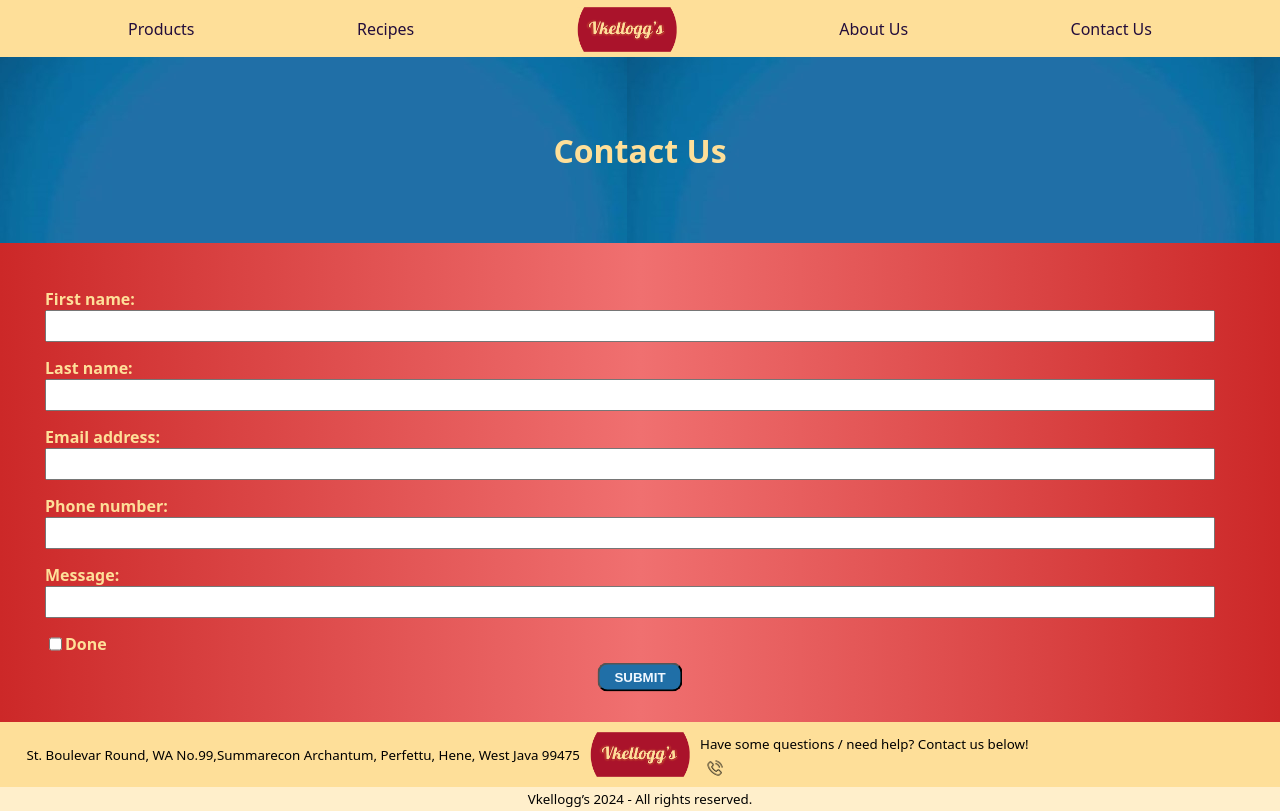
Repository: sugralld/VKelloggs
Page: Code and Assets/html/contactus.html
These files come from the project's save history. The page is drawn as it stood at one moment and after a run of saves; the edit follows.
The browser window is 1280 px wide. The pictures show the whole page.
The pointer rests on the first visible `.button-container button`.

Above is the page before, as saved 2024-12-04 06:55:07.

### Code and Assets/html/contactus.html
<!DOCTYPE html>
<html lang="en">
<head>
    <meta charset="UTF-8">
    <meta name="viewport" content="width=device-width, initial-scale=1.0">
    <title>Contact Us | Vkellogg's</title>
    <link rel="stylesheet" href="../css/headerfooternavbar.css">
    <link rel="stylesheet" href="../css/contactus.css">
</head>
<body>
    <!-- header navigation -->
    <header>
        <nav>
            <div class="navbar-menu">
                <div><a class="navbar-link1" href="../html/products.html">Products</a></div>
                <div><a class="navbar-link2" href="../html/recipes.html">Recipes</a></div>
                <div class="navbar-link3"><a href="../html/homepage.html"><img src="../asset/Screenshot 2024-05-30 105858.png" width="100" height="45" alt=""></a></div>
                <div><a class="navbar-link4" href="../html/aboutus.html">About Us</a></div>
                <div><a class="navbar-link5" href="../html/contactus.html">Contact Us</a></div>
            </div>
        </nav>
    </header>

    <!-- Header Contact Us -->
    <div class="header">
        <h1>Contact Us</h1>
    </div>

    <!-- Form Contact Us -->
     <div class="form">
        <form action="" method = "post">
            <div class="formformat">
                <label for="firstname">First name: </label>
                <input type="text" name="firstname" id="firstname">
                <br>

                <label for="lastname">Last name: </label>
                <input type="text" name="lastname" id="lastname">
                <br>

                <label for="email">Email address: </label>
                <input type="text" name="email" id="email">
                <br>

                <label for="phonenum">Phone number: </label>
                <input type="text" name="phonenum" id="phonenum">
                <br>

                <label for="message">Message: </label>
                <input type="text" name="message" id="message">
                <br>

            </div>
            <div class="checkbox-container">
                <input type="checkbox" name="agreement" id="agreement">
                <label for="agreement">Done</label>
            </div>
            <br>
            <div class="button-container">
                <button type="button" onclick="validateData()">SUBMIT</button>
            </div>
        </form>
        <script src="../js/contactus.js"></script>
     </div>

     <!-- Footer -->
    <footer class="footer">
        <div class="upperfooter">
            <div class="footert1"><p>St. Boulevar Round, WA No.99,Summarecon Archantum, Perfettu, Hene, West Java 99475</p></div>
            <div class="footert2"><img src="../asset/Screenshot 2024-05-30 105858.png" width="100" height="45" alt=""></div>
            <div class="footert3">
                <p class="footert4">Have some questions / need help? Contact us below!</p>
                <a href="../html/contactus.html"><img src="../asset/image-removebg-preview (27).png" width="30" height="auto" alt=""></a>
            </div>
        </div>
        <div class="lowerfooter">
            <p class="textlowerfooter">Vkellogg’s 2024  -  All rights reserved.
            </p>
        </div>
     </footer>

</body>
</html>

### Code and Assets/css/headerfooternavbar.css
body {
    margin: 0;
    font-family: system-ui;
}

.navbar-menu{
    display: flex;
    justify-content: space-between;
    align-items: center;
    padding: 0px 10%;
    background-color: #FEDF99;
}

a:hover{
    background-color: #F5F5F5;
    border-radius: 30px;
    color: #CC2828;
}

.navbar-link1,.navbar-link2,.navbar-link4,.navbar-link5{
    font-family: system-ui;
    font-weight: 500;
    text-decoration: none;
    color: #230D3B;
}

.navbar-link3{
    display: block;
    margin-top: 0.7%;
    margin-bottom: 0px;
}

.footer{
    position: bot;
}

.upperfooter{
    display: flex;
    background-color: #FEDF99;
    justify-content: center;
    align-items: center;
}

.footert1,.footert3{
    padding: 0px 10px;
    display: block;
    width: 1200px;
    font-size: smaller;
}

.footert1{
    text-align: right;
}

.footert3{
    text-align: left;
}

.footert2{
    margin-top: 4px;
}

.lowerfooter{
    background-color: #FFEFCB;
    padding: 0;
    margin: 0px;
}

.textlowerfooter{
    margin: 0;
    padding: 3px;
    font-size: smaller;
    text-align: center;
}

.footert4{
    margin-bottom: 0;
}

### Code and Assets/css/contactus.css
.header{
    background-image: url(../asset/copydesktop-wallpaper-kellogg-s-frosted-flakes-breakfast-cereal-original-33-5-oz-box.jpg);
    display: block;
    padding: 50px;
    text-align: center;
    color: #FEDF99;
}

.form{
    margin: 0 auto;
    background: linear-gradient(0.25turn,#CC2828,#F07070,#CC2828);
    padding: 45px;
    font-weight: bold;
    color: #FEDF99;
}

.formformat label{
    display: block;
}

.formformat input[type="text"]{
    width: calc(100% - 20px);
    max-width: 100%;
    margin: 0 auto 15px;
    padding: 5px;
    box-sizing: border-box;
    font-family: Arial, sans-serif;
    font-size: 16px;
}

.checkbox-container{
    display: flex;
}

.button-container{
   text-align: centers;
   position: absolute;
   left: 50%;
   transform: translate(-50%, -50%);
 }

.button-container button{
   display: inline-block;
   padding: 5px 15px;
   background-color: #206fa7;
   font-family: Arial, sans-serif;
   color: aliceblue;
   font-weight: bold;
   border-radius: 10px;
}

/* Hover effect */
.button-container button:hover {
    background-color: #; /* Warna lebih gelap saat di-hover */
}

/* Fokus efek untuk aksesibilitas */
.button-container button:focus {
    outline: 2px solid #1a5c8a; /* Tambahkan outline */
    outline-offset: 2px; /* Beri jarak antara outline dan tombol */
}

### Code and Assets/js/contactus.js
function wordLen(str) {
    const value = str.trim().split(/\s+/);
    return value.length;
}

function checkAlphaNum(password){
    var isAlpha = false;
    var isNum = false;
    for(let i=0; i<password.length; i++){
        if(isNaN(password[i])){
            isAlpha = true;
        }
        else{
            isNum = true;
        }

        if(isAlpha || isNum){
            return true;
        }
    }
    return false;
}


function validateData(){
    var firstname = document.getElementById("firstname");
    var lastname = document.getElementById("lastname");
    var email = document.getElementById("email");
    var phonenum = document.getElementById("phonenum");
    var message = document.getElementById("message");
    var agreement = document.getElementById("agreement");

    if(!checkAlphaNum(firstname.value)){
        alert("First name must be alphabet!");
    }
    else if(!checkAlphaNum(lastname.value)){
        alert("Last name must be alphabet!");
    }
    else if(!email.value.endsWith("@gmail.com")){
        alert("Email must end with '@gmail.com'!");
    }
    else if(!checkAlphaNum(phonenum.value)){
        alert("Phone number must be numeric!");
    }
    else if(wordLen(message.value)<5){
        alert("Message must be at least 5 words!");
    }
    else if(!agreement.checked){
        alert("'Done' checkbox must be checked!");
    }
    else{
        alert("Message Submitted.");
    }

}

After the next 2 saves:
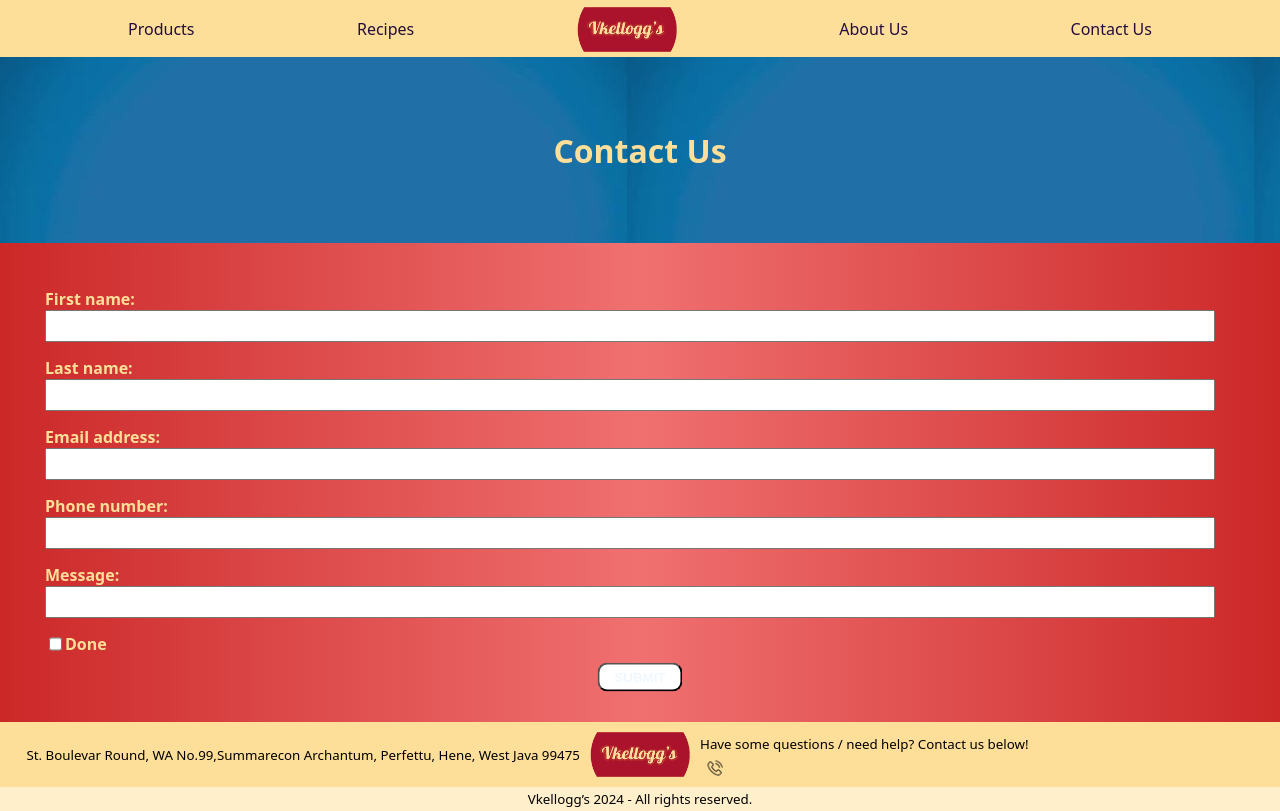
The 2 saves are shown as one change because they came seconds apart.
The last was saved 16 s later.
--- a/Code and Assets/css/contactus.css
+++ b/Code and Assets/css/contactus.css
@@ -51,7 +51,7 @@
 
 /* Hover effect */
 .button-container button:hover {
-    background-color: #; /* Warna lebih gelap saat di-hover */
+    background-color: white; /* Warna lebih gelap saat di-hover */
 }
 
 /* Fokus efek untuk aksesibilitas */
